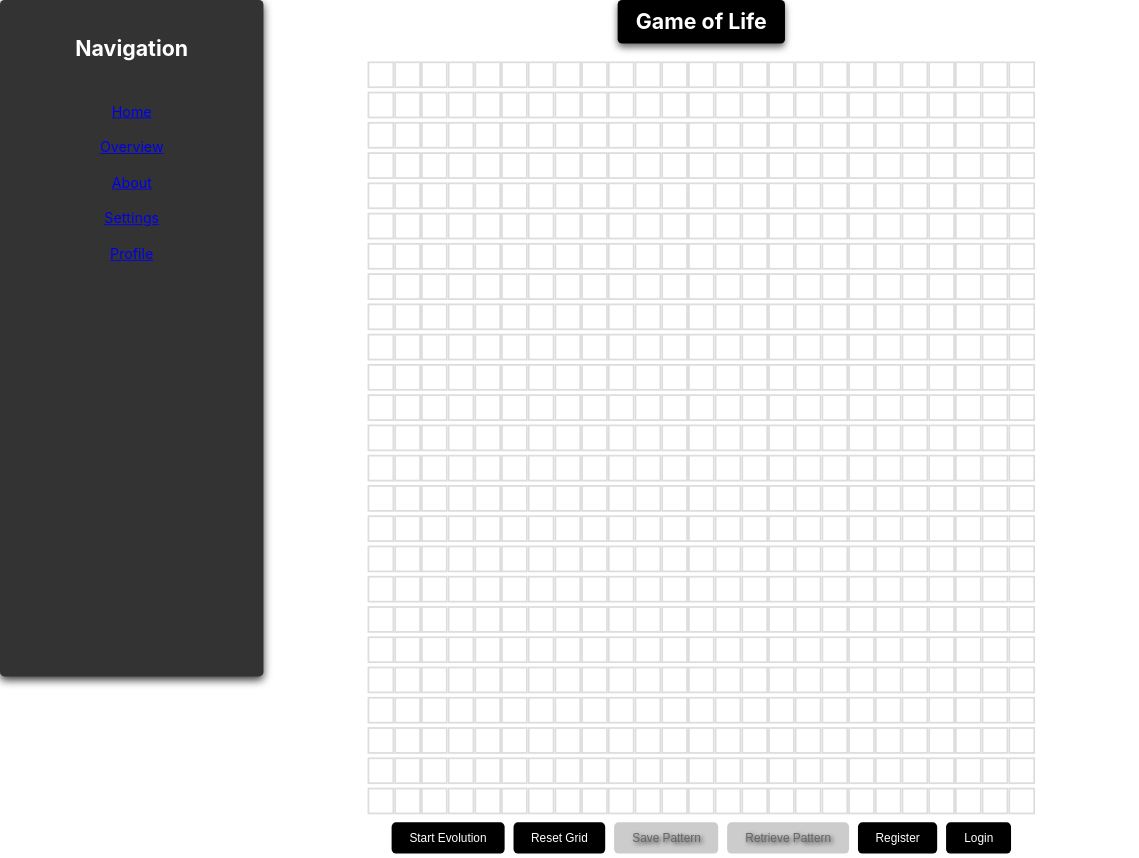
Repository: MarioDiekmann/GameOfLife
Page: /
An editor plug-in stored every save of this project. The page is shown before and after the next save, followed by the edit.
The browser window is 1280 px wide. The pictures show the whole page, at 89% of full size.
The project was rebuilt for these pictures with package versions that can differ from the ones it lists, and the page was loaded fresh each time. Also part of the build but not shown: src/components/InputForm.js, src/components/LoadPatternForm.js, src/components/RegistrationForm.js, src/components/LoginForm.js, src/pages/Overview.js.

Above is the page before, as saved 2024-11-05 16:03:07.

### src/App.js
import React from 'react';
import { BrowserRouter as Router, Route, Routes } from 'react-router-dom';
import Game from './components/Game';
import Overview from './pages/Overview';
import './App.css';
import {AuthProvider} from './AuthContext';


function App() {
  return (
    <AuthProvider>
    <Router>
      <div className="App">
        <Routes>
          <Route path="/" element={<Game/>} />
          <Route path="/Overview" element={<Overview/>} />
        </Routes>
      </div>
    </Router>
    </AuthProvider>
  );
}

export default App;

### src/components/Game.js
import React, { useState, useEffect, useCallback, useRef, useContext } from "react";
import Cell from "./Cell";
import axios from "axios";
import InputForm from "./InputForm";
import './Game.css';
import NavBar from "./NavBar";
import LoadPatternForm from "./LoadPatternForm";
import RegistrationForm from "./RegistrationForm";
import LoginForm from "./LoginForm";
import { AuthContext } from '../AuthContext';

const Game = () => {
    const startingsize = 25;
    const [size, setSize] = useState(startingsize);
    const [epochs, setEpochs] = useState(0);
    const [isEvolving, setIsEvolving] = useState(false);
    const [initialPattern, setInitialPattern] = useState([]);
    const [numResizes, setNumResizes] = useState(0);

    const [isFormVisible, setIsFormVisible] = useState(false); // State to control form visibility
    const [patternRequested, setPatternRequested] = useState(false);
    const [registrationRequested, setRegistrationRequested] = useState(false);
    const [loginRequested, setLoginRequested] = useState(false);
    const initGrid = () => Array.from({ length: size }, () => Array(size).fill(false));
    const [grid, setGrid] = useState(initGrid());
    const [tokenPresent, setTokenPresent] = useState(false);

    const previousGridRef = useRef(grid); // Reference to hold the previous grid

    const { isTokenExpired, handleLogout, token } = useContext(AuthContext);

    useEffect(() => {
        if (isTokenExpired || !token) {
            setTokenPresent(false);
            if (isTokenExpired) {
                alert("Your session has expired. Please log in again.");
                handleLogout();
            }
        } else {
            setTokenPresent(true);
        }
    }, [isTokenExpired, token, handleLogout]);

    const toggleCellState = (row, col) => {
        setGrid(prevGrid => {
            const newGrid = prevGrid.map((r, i) =>
                r.map((cell, j) => (i === row && j === col ? !cell : cell))
            );
            return newGrid;
        });
    };

    const resetGrid = () => {
        setIsEvolving(false);
        setEpochs(0);
        setSize(prevSize => {
            const newGrid = Array.from({ length: startingsize }, () => Array(startingsize).fill(false));
            setGrid(newGrid);
            setInitialPattern(newGrid);
            return startingsize;
        });
    };

    const renderGrid = () => {
        return grid.map((row, rowIndex) => (
            <div key={rowIndex} className="row">
                {row.map((cell, colIndex) => (
                    <Cell
                        key={`${rowIndex}-${colIndex}`}
                        isAlive={cell}
                        onClick={() => toggleCellState(rowIndex, colIndex)}
                        numResizes = {numResizes}
                    />
                ))}
            </div>
        ));
    };

    const countNeighboursAlive = useCallback((row, col) => {
        let count = 0;
        for (let i = row - 1; i <= row + 1; i++) {
            for (let j = col - 1; j <= col + 1; j++) {
                if ((i >= 0 && i < size) && (j >= 0 && j < size) && !(i === row && j === col)) {
                    count += grid[i][j] ? 1 : 0;
                }
            }
        }
        return count;
    }, [grid, size]);

    const updateGrid = useCallback(() => {
        let newGrid = grid.map((row, rowIndex) =>
            row.map((cell, colIndex) => {
                const gridCount = countNeighboursAlive(rowIndex, colIndex);
                return cell ? gridCount === 2 || gridCount === 3 : gridCount === 3;
            })
        );
        setGrid(newGrid);
        return newGrid;
    }, [countNeighboursAlive, grid]);

    const saveInitialPattern = () => {                                          //CAN I MAKE IT SAVE WITHOUT STARTING EVOLUTION
        const deepCopy = grid.map(row => row.slice());
        setInitialPattern(deepCopy); // Save current grid as the initial pattern
    };

    const checkEdges = useCallback(() => {
        const indicesAlive = [];
        // Check upper, right, lower, and left edges
        for (let col = 0; col < size - 2; col++) {
            if (grid[0][col] && grid[0][col + 1] && grid[0][col + 2]) {
                indicesAlive.push([0, col + 1]);
                indicesAlive.push([-1, col + 1]);
            }
        }
        for (let row = 0; row < size - 2; row++) {
            if (grid[row][size - 1] && grid[row + 1][size - 1] && grid[row + 2][size - 1]) {
                indicesAlive.push([row + 1, size - 1]);
                indicesAlive.push([row + 1, size]);
            }
        }
        for (let col = size - 1; col > 1; col--) {
            if (grid[size - 1][col] && grid[size - 1][col - 1] && grid[size - 1][col - 2]) {
                indicesAlive.push([size - 1, col - 1]);
                indicesAlive.push([size, col - 1]);
            }
        }
        for (let row = size - 1; row > 1; row--) {
            if (grid[row][0] && grid[row - 1][0] && grid[row - 2][0]) {
                indicesAlive.push([row - 1, 0]);
                indicesAlive.push([row - 1, -1]);
            }
        }
        return indicesAlive;
    }, [grid, size]);

    const expandGrid = useCallback((indicesAlive) => {
        setGrid(prevGrid => {
            const newSize = 2 * size; // Double the size
            setNumResizes(prev => prev + 1);
            const newGrid = Array.from({ length: newSize }, () => Array(newSize).fill(false));

            // Calculate the offset to center the old grid in the new one
            const rowOffset = Math.floor((newSize - size) / 2);
            const colOffset = Math.floor((newSize - size) / 2);

            // Copy the existing grid to the center of the new grid
            for (let row = 0; row < size; row++) {
                for (let col = 0; col < size; col++) {
                    if (prevGrid[row][col]) {
                        newGrid[row + rowOffset][col + colOffset] = true; // Copy with offsets
                    }
                }
            }

            // Handle indicesAlive and place the alive cells correctly
            for (const [row, col] of indicesAlive) {
                let newRow = row;
                let newCol = col;

                // Adjust row and col if they are outside the original grid
                if (row === -1) newRow = rowOffset - 1;
                if (col === -1) newCol = colOffset - 1;

                newRow += rowOffset;
                newCol += colOffset;

                // Make sure the calculated newRow and newCol are within bounds
                if (newRow >= 0 && newRow < newSize && newCol >= 0 && newCol < newSize) {
                    newGrid[newRow][newCol] = true;  // Mark the cell as alive in the new grid
                }
            }

            setSize(newSize);  // Update size to the new expanded size
            return newGrid;
        });
    }, [size]);

    const runEpoch = useCallback(() => {
        const prevGrid = previousGridRef.current;
        const newGrid = updateGrid();

        const gridsAreEqual = prevGrid.every((row, i) =>
            row.every((cell, j) => cell === newGrid[i][j])
        );

        if (gridsAreEqual) {
            setIsEvolving(false);
            alert("You reached a stillstand");
            return true;
        }

        const indicesAlive = checkEdges(); // Check if we need to expand the grid
        if (indicesAlive.length !== 0) {
            expandGrid(indicesAlive);
        }

        setEpochs(prevEpochs => prevEpochs + 1);
        previousGridRef.current = newGrid;
        return false;
    }, [checkEdges, expandGrid, updateGrid]);

    useEffect(() => {
        if (!isEvolving) return;

        const maxEpochs = 1000;
        let updatedEpochs = 0;

        const interval = setInterval(() => {
            if (updatedEpochs < maxEpochs) {
                const stillstand = runEpoch();
                if (stillstand) {
                    clearInterval(interval);
                }
                updatedEpochs++;
            } else {
                setIsEvolving(false);
                clearInterval(interval);
            }
        }, 2000);

        return () => clearInterval(interval);
    }, [isEvolving, runEpoch]);

    const startEvolution = () => {
        previousGridRef.current = grid;
        saveInitialPattern();
        setIsEvolving(!isEvolving);

    };

    const stopEvolution = () => {
        previousGridRef.current = grid;
        setIsEvolving(!isEvolving);
    };

    const retrievePattern = (pattern)=>{
        initGrid();
        setGrid(pattern);
        setInitialPattern(pattern);
        setEpochs(0);
        setIsEvolving(false);
        setPatternRequested(false);
    }

    const closeForm = () => {
        setIsFormVisible(false); // Close the save pattern form
        setPatternRequested(false); // Close the retrieve pattern form
        setRegistrationRequested(false); // Close the registration form
        setLoginRequested(false); // Close the login form
    };

    const closeLogin = () => {
        setLoginRequested(false); // Close the login form
        window.location.reload();
    };

    const makeFormVisible = () => {
        saveInitialPattern();                                       //now does it work wiout start evolution???
        setIsFormVisible(true); // Show the form to save pattern
    };

    const makeRequestVisible = () => {
        setPatternRequested(true); // Show the form to retrieve pattern
    };

    const makeRegistrationVisible = () => {
        setRegistrationRequested(true); // Show the form to register
    };

    const makeLoginVisible = () => {
        if(token){
            handleLogout();
        }
        else{
        setLoginRequested(true)}; // Show the form to log in

    };

    return (
        <div style={{ display: 'flex', height: '100vh' }}>
            <NavBar />
            <div style={{ flexGrow: 1, display: 'flex', flexDirection: 'column', alignItems: 'center' }}>
                <div className="banner">
                    <h1>Game of Life</h1>
                </div>
                <br />
                {renderGrid()}
                <div className="button-container">
    <button className="button" onClick={isEvolving ? stopEvolution : startEvolution}>
        {isEvolving ? "Stop Evolution" : "Start Evolution"}
    </button>
    <button className="button reset-btn" onClick={resetGrid}>Reset Grid</button>
    {/*<div>EPOCHS: {epochs}</div>*/}
    <button className="button" onClick={makeFormVisible} disabled={!tokenPresent}>Save Pattern</button>
    <button className="button" onClick={makeRequestVisible} disabled={!tokenPresent}> Retrieve Pattern</button>
    <button className="button" onClick={makeRegistrationVisible}>Register</button>
    <button className="button" onClick={makeLoginVisible}>{token ? "Logout" : "Login"}</button>
</div>


                {/* Show the form conditionally */}
                {isFormVisible && (
                    <div className="popup-overlay">
                        <div className="popup-content">
                            <InputForm pattern={initialPattern} onSubmit={closeForm} />
                        </div>
                    </div>
                )}
                {patternRequested && (
                    <div className="popup-overlay">
                        <div className="popup-content">
                            <LoadPatternForm onSubmit={closeForm} dataHandling={retrievePattern}  />
                        </div>
                    </div>
                )}
                {registrationRequested && (
                    <div className="popup-overlay">
                        <div className="popup-content">
                            <RegistrationForm onSubmit={closeForm} />
                        </div>
                    </div>
                )}
                {loginRequested && (
                    <div className="popup-overlay">
                        <div className="popup-content">
                            <LoginForm onSubmit={closeLogin} />
                        </div>
                    </div>
                )}
            </div>
        </div>
    );
};

export default Game;

### src/AuthContext.js
import React, { createContext, useState, useEffect, useRef, useCallback } from 'react';

export const AuthContext = createContext();

export const AuthProvider = ({ children }) => {
    const [token, setToken] = useState(localStorage.getItem('authToken'));
    const tokenRef = useRef(token);
    const expirationCheckInterval = useRef(null);

    const isTokenExpired = (token) => {
        if (!token) return true;
        try {
            const { exp } = JSON.parse(atob(token.split('.')[1]));
            return Date.now() >= exp * 1000;
        } catch (error) {
            console.error('Error checking token expiration:', error);
            return true;
        }
    };

    const handleLogout = useCallback(() => {
        console.log('Logging out, clearing token');
        localStorage.removeItem('authToken');
        setToken(null);
        tokenRef.current = null;
        clearInterval(expirationCheckInterval.current);
    }, []);

    const handleExpirationAlert = useCallback(() => {
        console.log('Session expired, alerting user');
        alert('Your session has expired. Please log in again.');
        handleLogout();
    }, [handleLogout]);

    const handleLogin = (newToken) => {
        console.log('Logging in with new token:', newToken);
        localStorage.setItem('authToken', newToken);
        setToken(newToken);
        tokenRef.current = newToken;

        // Check for expiration immediately
        if (isTokenExpired(newToken)) {
            handleExpirationAlert();
        } else {
            startExpirationCheck();
        }
    };

    const startExpirationCheck = useCallback(() => {
        console.log('Starting expiration check interval');
        clearInterval(expirationCheckInterval.current);
        expirationCheckInterval.current = setInterval(() => {
            console.log('Interval tick, checking token expiration');
            if (isTokenExpired(tokenRef.current)) {
                handleExpirationAlert();
            }
        }, 1000);
    }, [handleExpirationAlert]);

    useEffect(() => {
        console.log('useEffect triggered: token is', token);
        tokenRef.current = token;

        if (token) {
            console.log('Token is set, starting expiration check');
            startExpirationCheck();
        } else {
            console.log('No token, clearing interval');
            clearInterval(expirationCheckInterval.current);
        }

        return () => {
            console.log('Clearing interval on unmount or dependency change');
            clearInterval(expirationCheckInterval.current);
        };
    }, [token, startExpirationCheck]);

    return (
        <AuthContext.Provider value={{ token, handleLogin, handleLogout }}>
            {children}
        </AuthContext.Provider>
    );
};

### src/components/Cell.js
import React from 'react';
import './Cell.css'

const Cell = ({ isAlive, onClick, numResizes }) => {
  const baseSize = 30; // Base size when numResizes = 1
  const cellSize = baseSize / Math.pow(2, numResizes);
  return (
    <div
      className={`cell ${isAlive ? 'alive' : 'dead'}`}
      onClick={onClick}
      style={{
        width: `${cellSize}px`,
        height: `${cellSize}px`,
      }}
    ></div>
  );
};

export default Cell;

### src/components/Game.css
.popup-overlay {
    position: fixed;
    top: 0;
    left: 0;
    width: 100%;
    height: 100%;
    background: rgba(0, 0, 0, 0.5); /* Semi-transparent background */
    display: flex;
    justify-content: center;
    align-items: center;
    z-index: 1000; /* Ensure it's above other content */
}

.popup-content {
    background: white;
    padding: 20px;
    border-radius: 8px;
    box-shadow: 0 4px 8px rgba(0, 0, 0, 0.1);
    width: 300px;
    z-index: 1001; /* Above the backdrop */
}

body.modal-open {
    overflow: hidden; /* Prevent scrolling when modal is open */
}

.banner {
    background-color: black;
    padding: 10px 20px; /* Adjusted padding for a tighter fit */
    display: inline-block; /* Makes the banner fit the text */
    text-align: center;
    box-shadow: 0 4px 8px rgba(0, 0, 0, 0.6);
    border-radius: 5px; /* Optional: Adds rounded corners */
}

.banner h1 {
    color: white;
    font-size: 2.5em; /* Slightly reduced font size for better fit */
    text-shadow: 2px 2px 5px rgba(0, 0, 0, 0.8);
    margin: 0; /* Removes default margin */
}



.button {
    background-color: black; /* Same as the banner background */
    color: white; /* White text for contrast */
    padding: 10px 20px; /* Padding for a better touch target */
    border: none; /* Remove default border */
    border-radius: 5px; /* Rounded corners */
    cursor: pointer; /* Pointer cursor on hover */
    margin: 5px; /* Space between buttons */
    text-shadow: 2px 2px 5px rgba(0, 0, 0, 0.8); /* Similar text shadow as the banner */
}

.button:hover {
    background-color: #333; /* Slightly lighter on hover */
}

.button:disabled {
    background-color: #ccc; /* Grey background for disabled state */
    color: #666; /* Lighter text color */
    cursor: not-allowed; /* Change cursor to indicate it's disabled */
    pointer-events: none; /* Prevent click events */
}

.button-container {
    position: relative;
    display: inline-block;
}

.tooltip-text {
    visibility: hidden;
    position: absolute;
    bottom: 125%; /* Position above the button */
    left: 50%;
    transform: translateX(-50%);
    background-color: #333;
    color: #fff;
    padding: 5px 10px;
    border-radius: 5px;
    font-size: 0.9em;
    white-space: nowrap;
    z-index: 10;
    opacity: 0;
    transition: opacity 0.3s ease;
}

.button-container:hover .tooltip-text {
    visibility: visible;
    opacity: 1;
}

### src/components/NavBar.js
import React from 'react';
import { Link } from 'react-router-dom';
import './NavBar.css';

const NavBar = () => {
    const navItems = [
        { name: "Home", path: "/" },
        { name: "Overview", path: "/Overview" },
        { name: "About", path: "/about" },
        { name: "Settings", path: "/settings" },
        { name: "Profile", path: "/profile" },
    ];

    return (
        <div className="navbar">
            <h2>Navigation</h2>
            <ul>
                {navItems.map((item, index) => (
                    <li key={index}>
                        <Link to={item.path}>{item.name}</Link>
                    </li>
                ))}
            </ul>
        </div>
    );
};

export default NavBar;

### src/pages/Overview.css
/* Overview.css */
.overview-container {
    display: flex;
    height: 100vh;
}

.navbar {
    width: 20%;
    background-color: #333;
    color: #fff;
    display: flex;
    flex-direction: column;
    align-items: center;
    padding-top: 20px;
    min-height: 100%;
}

.content {
    flex: 1;
    display: flex;
    flex-direction: column;
    align-items: center;
    padding: 20px;
}

.banner h1 {
    color: white;
    font-size: 1.5em;
    text-shadow: 1px 1px 2px rgba(0, 0, 0, 0.5);
    margin: 0;
}

.text-content {
    margin-top: 20px;
    color: #333;
    text-align: center;
    font-size: 1.2em;
}

### src/components/Cell.css
.cell {
  display: inline-block; /* Align cells next to each other */
  border: 2px solid #ddd; /* Light border around each cell */
  box-sizing: border-box; /* Include padding and border in the element's total width and height */
  transition: background-color 0.3s; /* Smooth transition for background color */
}

.cell.alive {
  background-color: black; /* Color for living cells */
}

.cell.dead {
  background-color: white; /* Color for dead cells */
}

### src/components/NavBar.css
.navbar {
    background-color: black;            /* Black background */
    color: white;                       /* White text color */
    padding: 20px;                      /* Padding around the content */
    width: 200px;                       /* Set width for the navbar */
    box-shadow: 0 4px 10px rgba(0, 0, 0, 0.8); /* Add shadow */
    border-radius: 5px;                /* Rounded corners */
    height: 100%;                       /* Full height */
}

.navbar h2 {
    text-align: center;                 /* Center header text */
    margin-bottom: 20px;                /* Space below the header */
}

/* Other styles remain unchanged */


.navbar ul {
    list-style-type: none;              /* Remove default list styles */
    padding: 0;                         /* Remove padding */
}

.navbar li {
    padding: 10px;                      /* Padding for each item */
    cursor: pointer;                    /* Pointer cursor on hover */
    text-align: center;                 /* Center text */
    transition: background-color 0.3s;  /* Smooth background change */
}

.navbar li:hover {
    background-color: #444;             /* Change background on hover */
}

Loaded but not shown: public/index.html (common file); src/index.js (common file); src/index.css (common file); src/reportWebVitals.js (common file); src/App.css (common file)

After the next save:
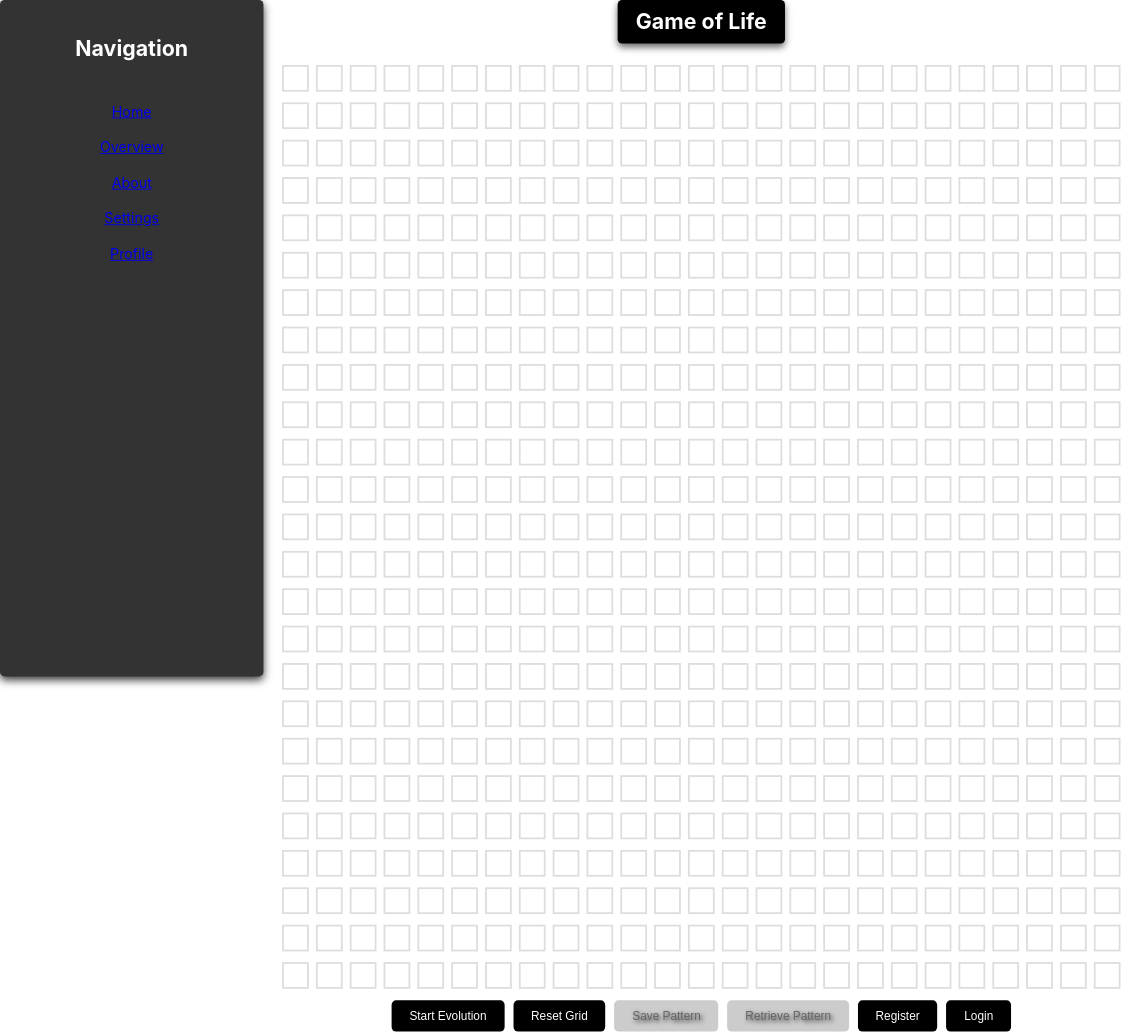
Saved 3 min 48 s later.
--- a/src/components/Cell.js
+++ b/src/components/Cell.js
@@ -1,9 +1,15 @@
 import React from 'react';
-import './Cell.css'
+import './Cell.css';
 
 const Cell = ({ isAlive, onClick, numResizes }) => {
-  const baseSize = 30; // Base size when numResizes = 1
-  const cellSize = baseSize / Math.pow(2, numResizes);
+  // Base sizes for cell dimensions and margin
+  const baseSize = 30; // Base cell size when numResizes = 1
+  const baseMargin = 4; // Base margin when numResizes = 1
+
+  // Calculate cell size and margin based on numResizes
+  const cellSize = baseSize / Math.pow(2, numResizes );
+  const marginSize = baseMargin / Math.pow(2, numResizes);
+
   return (
     <div
       className={`cell ${isAlive ? 'alive' : 'dead'}`}
@@ -11,6 +17,7 @@ const Cell = ({ isAlive, onClick, numResizes }) => {
       style={{
         width: `${cellSize}px`,
         height: `${cellSize}px`,
+        margin: `${marginSize}px`,
       }}
     ></div>
   );
--- a/src/components/Cell.css
+++ b/src/components/Cell.css
@@ -1,14 +1,14 @@
 .cell {
-  display: inline-block; /* Align cells next to each other */
-  border: 2px solid #ddd; /* Light border around each cell */
-  box-sizing: border-box; /* Include padding and border in the element's total width and height */
-  transition: background-color 0.3s; /* Smooth transition for background color */
+  display: inline-block;
+  border: 2px solid #ddd;
+  box-sizing: border-box;
+  transition: background-color 0.3s;
 }
 
 .cell.alive {
-  background-color: black; /* Color for living cells */
+  background-color: black;
 }
 
 .cell.dead {
-  background-color: white; /* Color for dead cells */
+  background-color: white;
 }
